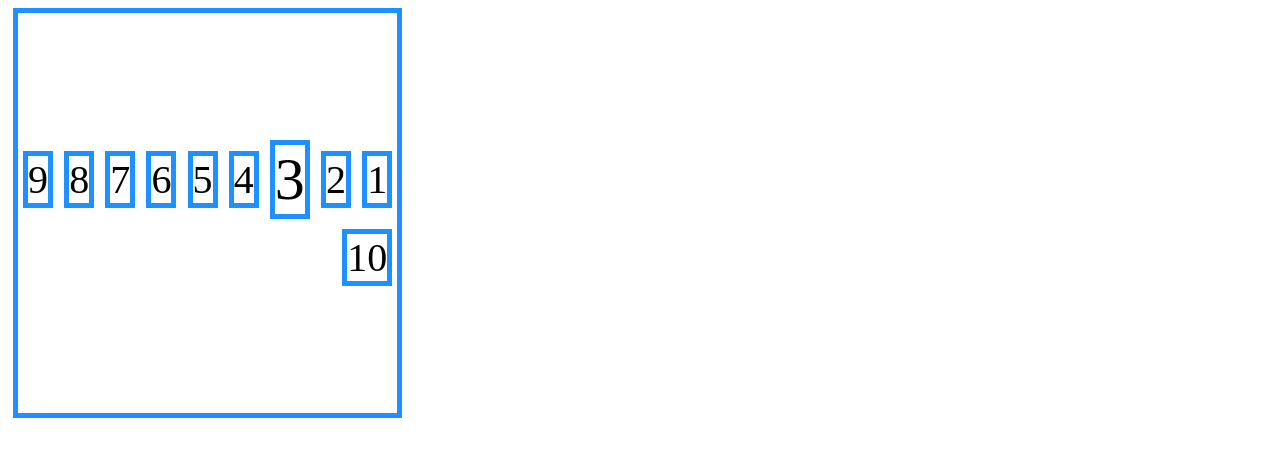
Repository: eversonps/flexbox-grid-css
Page: flexbox/flexbox1.html
These files come from the project's save history. The page is drawn as it stood at one moment and after the next save; the edit follows.
The browser window is 1280 px wide. The pictures show the whole page.

Above is the page before, as saved 2022-03-23 15:31:48.

After the next save:
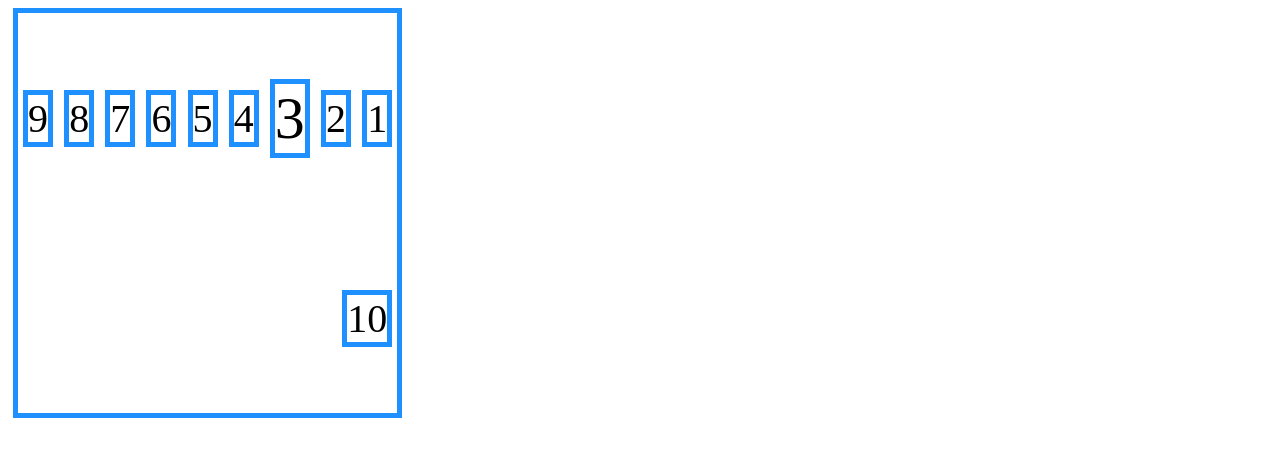
Saved 15 s later.
--- a/flexbox/flexbox1.html
+++ b/flexbox/flexbox1.html
@@ -49,6 +49,7 @@
             align-content: flex-start;
             align-content: flex-end;
             align-content: center;
+            align-content: space-around;
         }
 
     </style>
